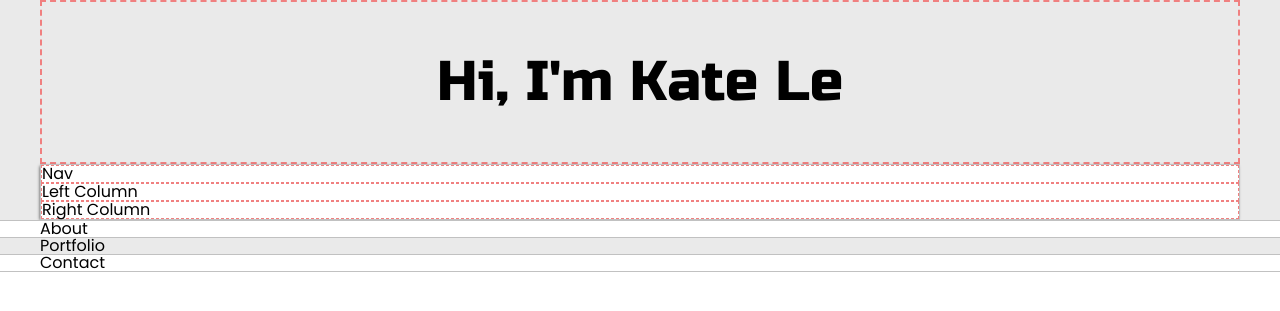
Repository: kate30980/my-persponal-website
Page: index.html
These files come from the project's save history. The page is drawn as it stood at one moment and after the next save; the edit follows.
The browser window is 1280 px wide. The pictures show the whole page.

Above is the page before, as saved 2021-08-26 17:28:43.

After the next save:
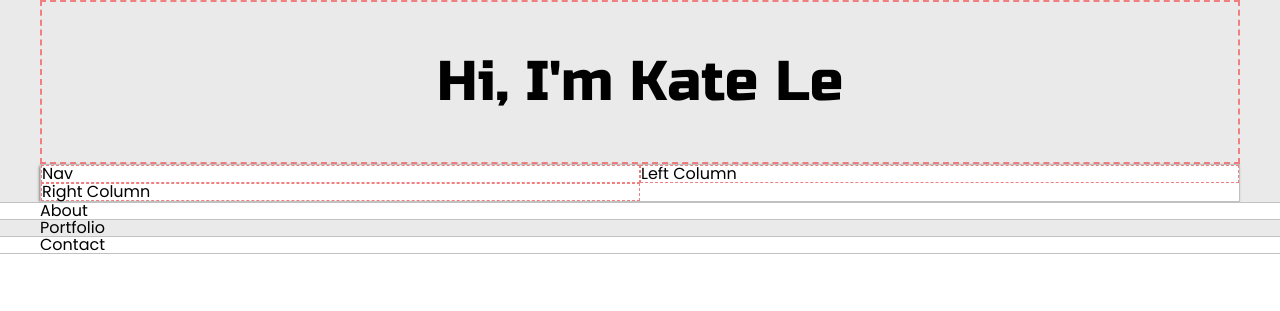
Saved 2 min 11 s later.
--- a/main.css
+++ b/main.css
@@ -89,9 +89,13 @@
 .intro-wrapper {
   background-color: var(--secondaryColor);
   border: 1px solid var(--borderColor);
+
   -webkit-box-shadow: -1px 1px 3px -1px rgba(0, 0, 0, 0.75);
   -moz-box-shadow: -1px 1px 3px -1px rgba(0, 0, 0, 0.75);
   box-shadow: -1px 1px 3px -1px rgba(0, 0, 0, 0.75);
+
+  display: grid;
+  grid-template-columns: repeat(2, 1fr);
 }
 
 .nav-wrapper {
